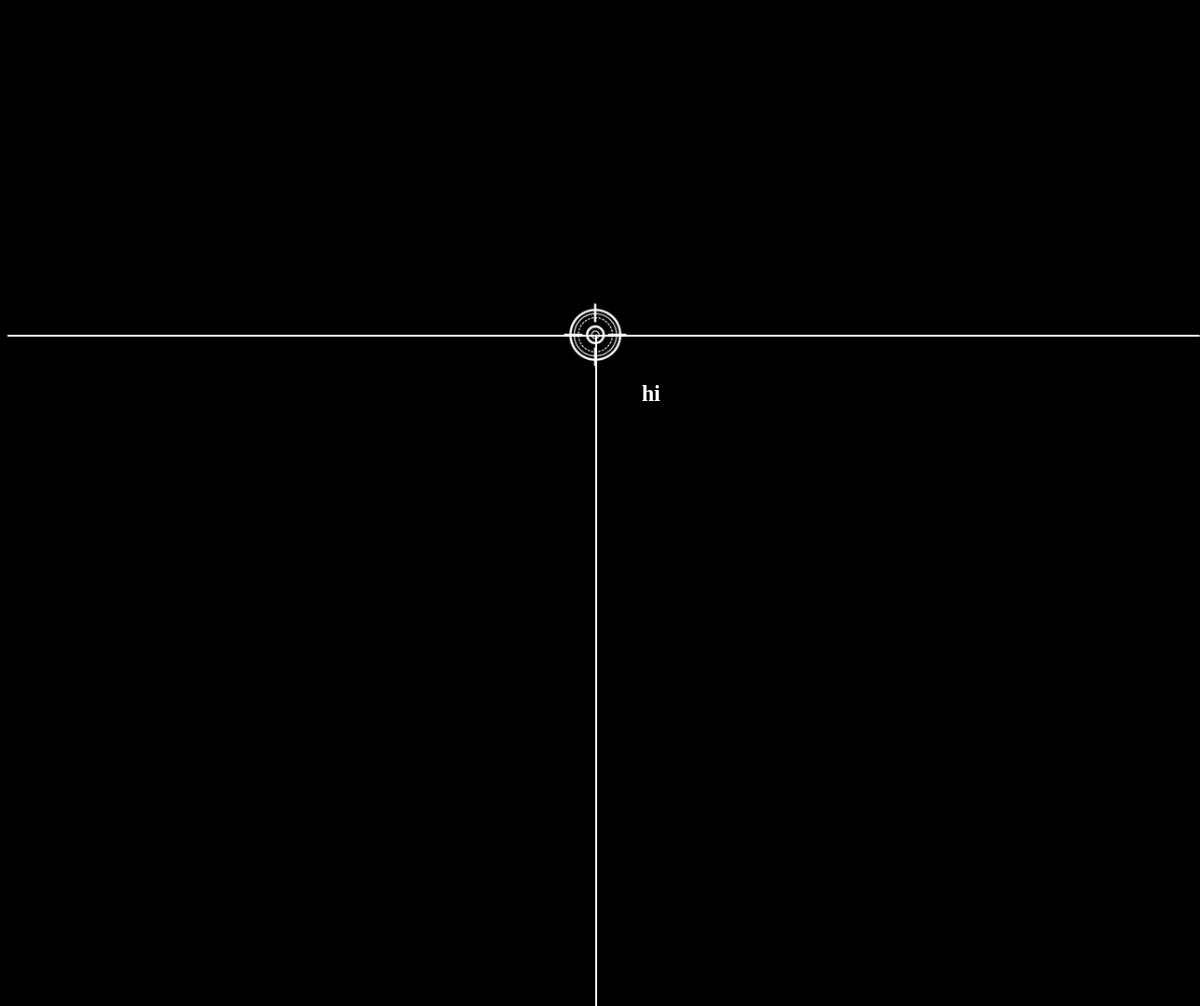
Repository: DongjaJ/Browser
Page: 007_ans/index.html
These files come from the project's save history. The page is drawn as it stood at one moment and after the next save; the edit follows.
The browser window is 1280 px wide. The page is 1290 px wide, so the pictures cover 1290 px, including what lies to the right of the window. The pictures show the whole page, at 93% of full size.

Above is the page before, as saved 2022-09-14 22:44:06.

After the next save:
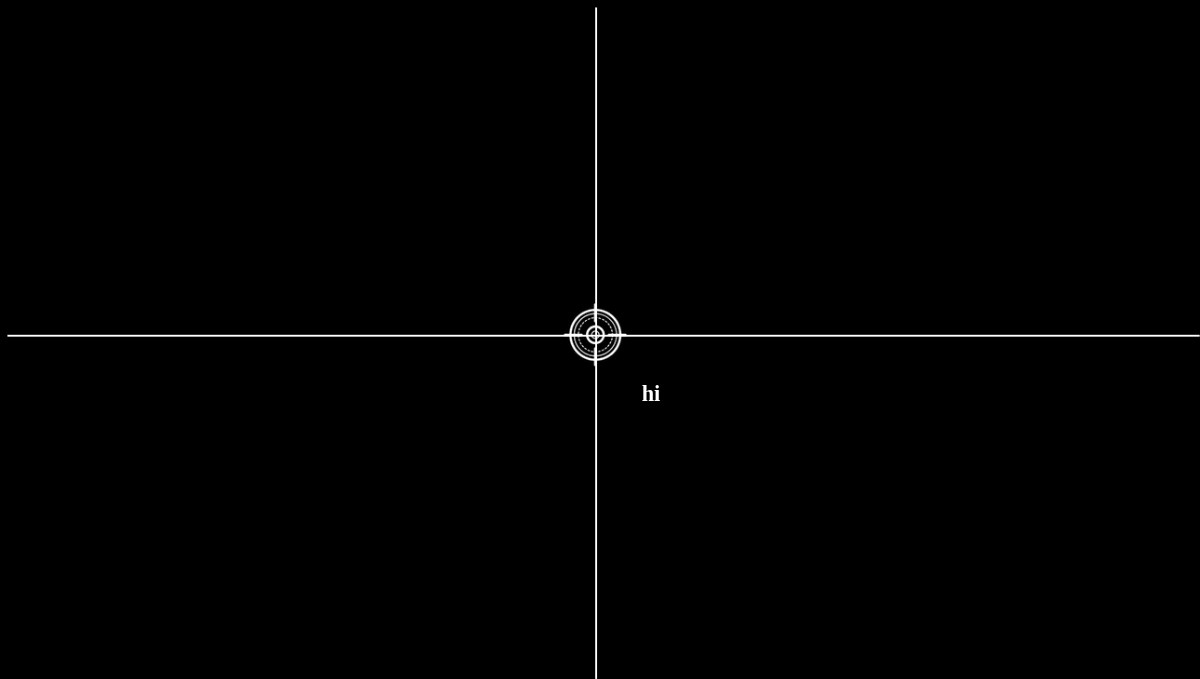
Saved 5 s later.
--- a/007_ans/style.css
+++ b/007_ans/style.css
@@ -16,7 +16,6 @@ body{
 
 .vertical{
 	height: 100%;
-	top: 50%;
 	left: 50%;
 }
 
